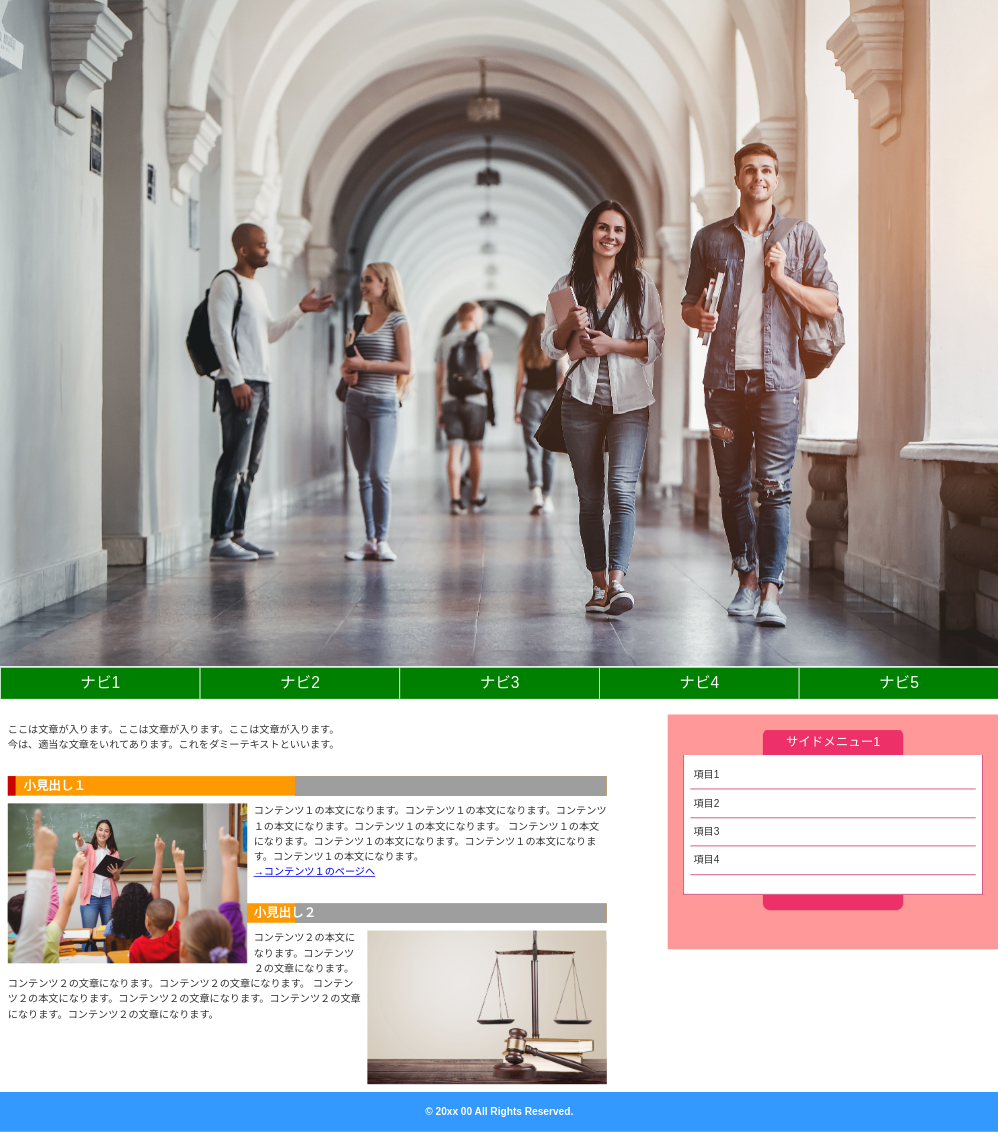
Repository: KanemotoWataru/samurai_HTML-CSS
Page: home.html
The author's editor kept a record of every edit. The page is drawn from the files as they stood at one moment, then again after the next edit.
The browser window is 1280 px wide. The pictures show the whole page, at 78% of full size.
Pictures or frames that could not be fetched are drawn as grey boxes.

Above is the page before.

### home.html
<!DOCTYPE html>
<html lang="ja">
    <head>
        <meta charset="UTF-8">
        <title>HTML/CSSの学習</title>
        <link rel="stylesheet" href="stylesheet.css">
    </head>
    <body>
        <div id="header">
            <h1><a href="index.html"><img id="corridor" src="images/corridor.jpg" alt="大学の廊下" /></a></h1>
        </div>
      <div id="wrapper">
          <div id="nav">
              <ul>
                  <li><a href="home.html">ナビ1</a></li>
                  <li><a href="#">ナビ2</a></li>
                  <li><a href="#">ナビ3</a></li>
                  <li><a href="#">ナビ4</a></li>
                  <li><a href="#">ナビ5</a></li>
              </ul>
          </div>
              <div id="container">
                  <div id="main">
                      <div class="post">
                          <p>ここは文章が入ります。ここは文章が入ります。ここは文章が入ります。<br />今は、適当な文章をいれてあります。これをダミーテキストといいます。</p>
                      </div>
                      <div class="post clearfix">
                          <h2>小見出し１</h2>
                          <img class="left" src="images/classroom.jpg" alt="授業風景"　/>
                          <p>
                            コンテンツ１の本文になります。コンテンツ１の本文になります。コンテンツ１の本文になります。コンテンツ１の本文になります。
                            コンテンツ１の本文になります。コンテンツ１の本文になります。コンテンツ１の本文になります。コンテンツ１の本文になります。
                          </p>
                          <p><a href="#">→コンテンツ１のページへ</a></p>
                      </div>
                      <div class="post clearfix">
                          <h2>小見出し２</h2>
                          <img class="right" src="images/scale.jpg"alt=”天秤”　 />
                          <p>
                              コンテンツ２の本文になります。コンテンツ２の文章になります。コンテンツ２の文章になります。コンテンツ２の文章になります。
                              コンテンツ２の本文になります。コンテンツ２の文章になります。コンテンツ２の文章になります。コンテンツ２の文章になります。

                          </p>
                      </div>
                  </div>
                <div id="side">
                    <div class="box">
                      <h2>サイドメニュー1</h2>
                      <div class="boxBody">
                          <ul>
                              <li>項目1</li>
                              <li>項目2</li>
                              <li>項目3</li>
                              <li>項目4</li>
                          </ul>
                      </div></div>
                    </div>
                    </div>
                </div></div></div>
              </div>
      </div>
        <div id="footer">
            <p>&copy; 20xx 00 All Rights Reserved.</p>
        </div>
    </body>
</html>

### stylesheet.css
@charset"utf-8";

body {
    margin: 0;
    padding: 0;
    font-family: "ヒラギノ角ゴ　Pro W3","Hiragino Kaku Gothic Pro","メイリオ",Meiryo,Osaka,"MS Pゴジック","MS PGothic", sans-serif;
    color: #333;
    font-size: 13px;
    line-height: 150%;
}

/*--------------wrapper---------------*/
#wapper{
     width: 100%;
     margin: auto;
     padding: 0px;
     border: 0px;
     background-color: #FFF;
     top: 10px;
     position: relative;
}
/*----------------header-----------------------*/
#header{
    width:100%;
}
#header h1{
    margin: 0;
    padding: 0;
}

#corridor{
    width: 100%;
    height: auto;
}

/*----------------------- footer --------------------------------------*/
#footer{
    clear: both;
    width: 100%;
    padding: 3px 0 3px 0;
    background: #39F;
    color: #FFF;
    font-weight: bold;
    text-align: center;
}
/*------------------------ nav ----------------------------------------*/
#nav{
    width: 100%;
}
#nav ul{
    margin: 0;
    padding: 0;
    list-style-type: none;
}
#nav ul li{
    float: left;
    width: 20%;
    text-align: center;
}
#nav ul li a {
    display: block;
    height: 20px;
    margin: 0;
    padding: 10px;
    color: #FFF;
    font-size: 20px;
    text-decoration: none;
    background-color: green;
 border-left: 1px solid white;
}

#nav ul li a:hover{
    filter: drop-shadow(10px 10px 10px black);
}

/*------------------------------container-------------------------*/
#container{
    width: 100%;
    margin: auto;
    padding: auto;
    padding-top: 20px;
    clear: both;
}

/*-----------------main-----------------------------------*/
#main{
    float: left;
    width: 60%;
    padding: 10px 30px 10px 10px;
}
#main h2{
    margin: 0 0 10px 0;
    padding: 3px 10px 3px 10px;
    color: #FFF;
    font-size: 16px;
    border-left: solid 10px #C00;
    background: #F90 url(../images/main_h2.jpg) right top repeat-y;
}
#main p{
    margin: 0;
    padding: 0;
}
#main .post{
    margin:  0 0 30px 0;
}
#main .post img.right{
    margin: 0 0 0 8px;
}
#main .post img.left{
    margin: 0 8px 0 0;
}

.right{
    float: right;
    width: 40%;
    height:auto;
}
.left{
    float: left;
    width: 40%;
    height: auto;
}

/*----------------------------- clearfix-------------------------*/
.clearfix{
    zoom: 1;
}
.clearfix:after{
    cotent: "";
    display: block;
    clear: both;
}

/*----------------------------- side ------------------------------*/
#side{
    float: right;
    width: 30%;
    padding: 20px;
    background-color: #F99;
}
#side .box {
    margin: 0 auto 30px auto;
    padding: 0 0 20px 0;
    background: url(images/side_box.png) bottom no-repeat;
}
#side .box h2{
    margin: 0;
    padding: 8px;
    text-align: center;
    color: #fff;
    font-size: 16px;
    line-height: 16px;
    font-weight: normal;
    background: url(images/side_box_h2.png) center no-repeat;
}
#side .box .boxBody{
    padding: 8px;
    border-right: solid 1px #C36;
    border-bottom: solid 1px #C36;
    border-left:solid 1px #C36;
    background: #fff;
}
#side .box .boxBody ul {
    margin: 0 0 16px 0;
    padding: 0;
}
#side .box .boxBody ul li{
    padding: 8px 0 8px 4px;
    list-style: none;
    border-bottom:  solid 1px #C36;
}

#side .box .boxBody ulli:hover{
    padding: 8px 0 8px 4px;
    list-style: none;
    border-bottom: solid 1px #C36;
    box-shadow: 0px 4px 4px rgba(0,0,0,0.3);

}

After the next edit:
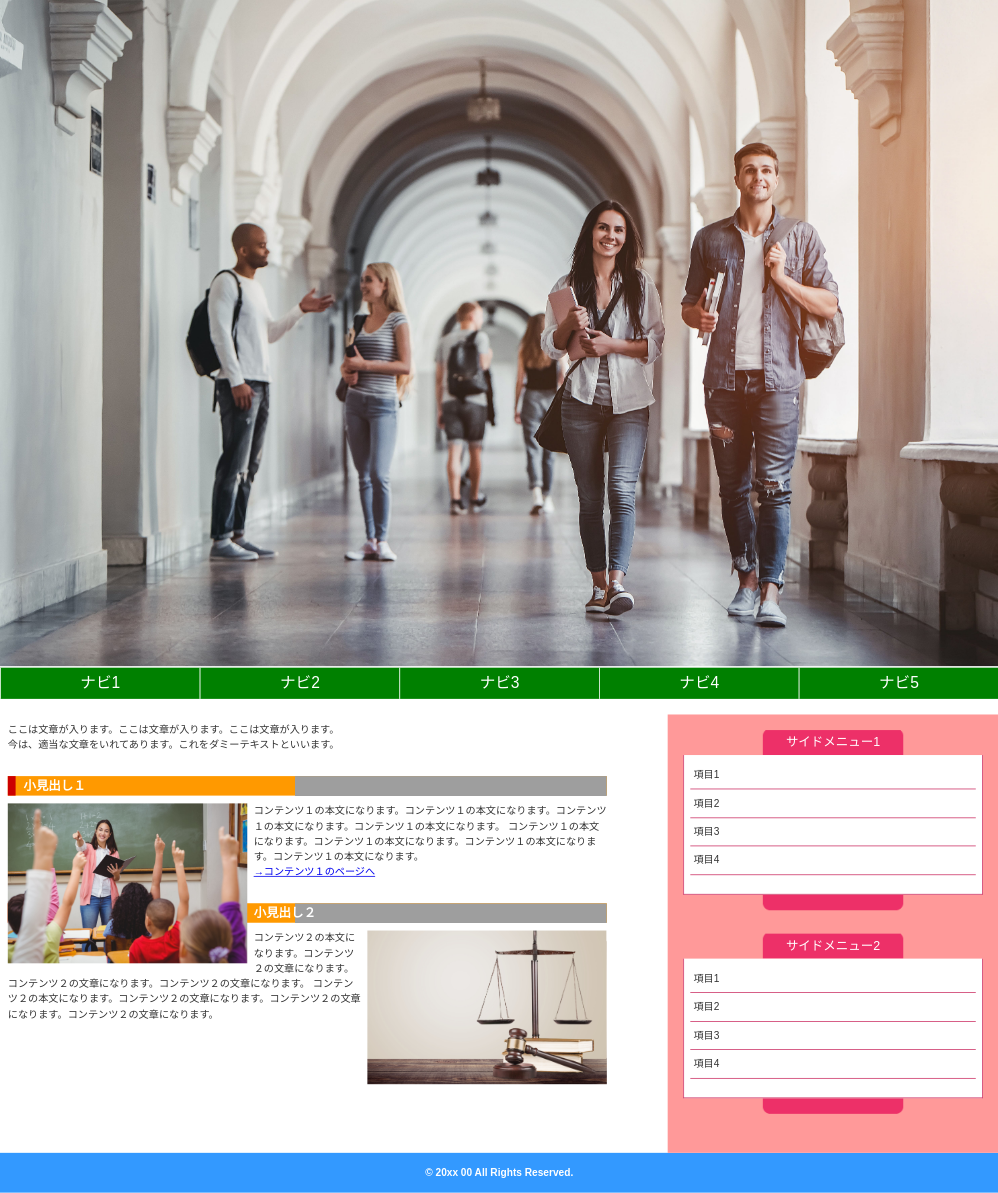
The edit:
--- a/home.html
+++ b/home.html
@@ -53,7 +53,19 @@
                               <li>項目3</li>
                               <li>項目4</li>
                           </ul>
-                      </div></div>
+                      </div>
+                    </div>
+                    <div class="box">
+                        <h2>サイドメニュー2</h2>
+                        <div class="boxBody">
+                            <ul>
+                                <li>項目1</li>
+                                <li>項目2</li>
+                                <li>項目3</li>
+                                <li>項目4</li>
+                            </ul>
+                        </div>
+                    </div>
                     </div>
                     </div>
                 </div></div></div>
